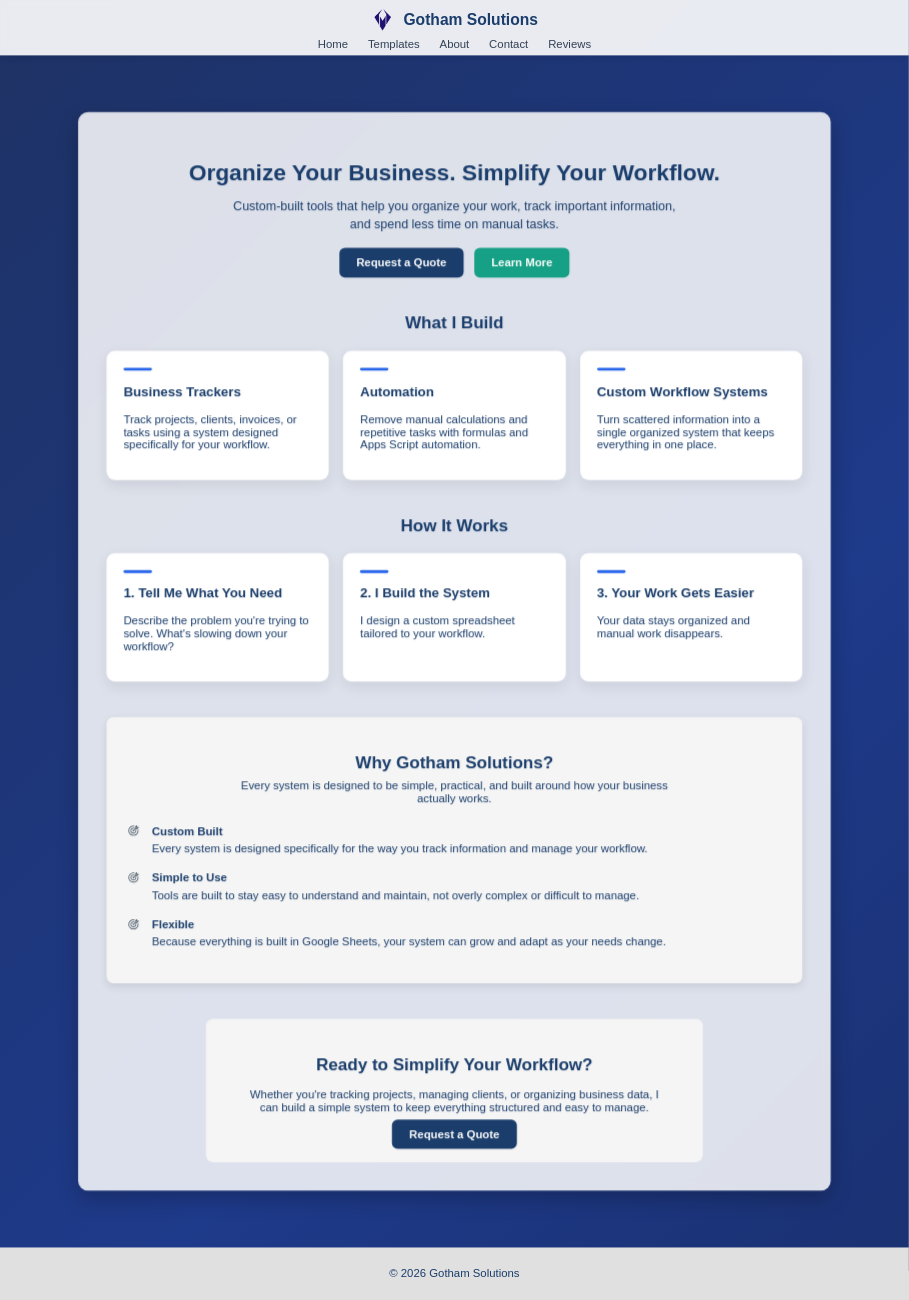
Repository: kmm569/gothamsolutions
Page: index.html
The author's editor kept a copy of each file at every save. The page is drawn from the files as they stood at one save, then again after the next save.
The browser window is 1280 px wide. The pictures show the whole page, at 71% of full size.

Above is the page before, as saved 2026-03-13 13:27:14.

### index.html
<!doctype html>
<html lang="en">
	<head>
		<meta charset="UTF-8" />
		<meta name="viewport" content="width=device-width, initial-scale=1.0" />

		<title>Custom Spreadsheet Design & Automation | Gotham Solutions</title>

		<meta
			name="description"
			content="Custom spreadsheet design, dashboards, and automation for small businesses. Gotham Solutions builds powerful Google Sheets and Excel systems to streamline workflows and save time."
		/>

		<meta
			name="keywords"
			content="custom spreadsheet, spreadsheet design, google sheets automation, excel automation, spreadsheet dashboards, business spreadsheets, workflow automation, spreadsheet consultant"
		/>

		<meta name="author" content="Gotham Solutions" />

		<link rel="canonical" href="https://solutions.gothamstudio.us/" />

		<link rel="icon" href="/icons/favicon.ico" />

		<link rel="stylesheet" href="/styles.css" />

		<!-- OpenGraph (social preview) -->

		<meta property="og:type" content="website" />
		<meta
			property="og:title"
			content="Custom Spreadsheet Design | Gotham Solutions"
		/>
		<meta
			property="og:description"
			content="Custom spreadsheet dashboards, automation, and workflow systems for small businesses."
		/>
		<meta property="og:url" content="https://solutions.gothamstudio.us/" />
		<meta
			property="og:image"
			content="https://solutions.gothamstudio.us/LogoSolo.png"
		/>

		<!-- Twitter preview -->

		<meta name="twitter:card" content="summary_large_image" />
		<meta
			name="twitter:title"
			content="Custom Spreadsheet Design | Gotham Solutions"
		/>
		<meta
			name="twitter:description"
			content="Custom spreadsheet dashboards and automation systems for small businesses."
		/>
		<meta
			name="twitter:image"
			content="https://solutions.gothamstudio.us/LogoSolo.png"
		/>

		<!-- Local business schema -->

		<script type="application/ld+json">
			{
				"@context": "https://schema.org",
				"@type": "ProfessionalService",
				"name": "Gotham Solutions",
				"url": "https://solutions.gothamstudio.us",
				"logo": "https://solutions.gothamstudio.us/LogoSolo.png",
				"description": "Custom spreadsheet design, dashboards, and automation for small businesses.",
				"areaServed": [
					"New York",
					"Connecticut",
					"Albany NY",
					"Westchester County NY",
					"Dutchess County NY",
					"Orange County NY",
					"Putnam County NY",
					"Danbury CT"
				],
				"sameAs": []
			}
		</script>
	</head>

	<body>
		<header>
			<div class="logo-container">
				<img
					href="/"
					src="LogoSolo.png"
					alt="Gotham Solutions Logo"
					class="logo"
				/>
				<h1>Gotham Solutions</h1>
			</div>

			<nav>
				<ul>
					<li><a href="/" class="nav-link">Home</a></li>
					<li><a href="/templates/" class="nav-link">Templates</a></li>
					<li><a href="/about/" class="nav-link">About</a></li>
					<li><a href="/contact/" class="nav-link">Contact</a></li>
					<li><a href="/reviews/" class="nav-link">Reviews</a></li>
				</ul>
			</nav>
		</header>

		<main>
			<div class="content-wrapper">
				<section class="hero">
					<h2>Organize Your Business. Simplify Your Workflow.</h2>

					<p class="hero-text">
						Custom-built tools that help you organize your work, track important
						information, and spend less time on manual tasks.
					</p>

					<div class="hero-buttons">
						<a href="/contact/" class="button-primary"> Request a Quote </a>

						<a href="/about/" class="button-secondary"> Learn More </a>
					</div>
				</section>

				<section class="services">
					<h2>What I Build</h2>

					<div class="service-grid">
						<div class="service-card">
							<h3>Business Trackers</h3>
							<p>
								Track projects, clients, invoices, or tasks using a system
								designed specifically for your workflow.
							</p>
						</div>

						<div class="service-card">
							<h3>Automation</h3>
							<p>
								Remove manual calculations and repetitive tasks with formulas
								and Apps Script automation.
							</p>
						</div>

						<div class="service-card">
							<h3>Custom Workflow Systems</h3>
							<p>
								Turn scattered information into a single organized system that
								keeps everything in one place.
							</p>
						</div>
					</div>
				</section>

				<section class="process">
					<h2>How It Works</h2>

					<div class="process-grid">
						<div class="process-step">
							<h3>1. Tell Me What You Need</h3>
							<p>
								Describe the problem you're trying to solve. What's slowing down
								your workflow?
							</p>
						</div>

						<div class="process-step">
							<h3>2. I Build the System</h3>
							<p>I design a custom spreadsheet tailored to your workflow.</p>
						</div>

						<div class="process-step">
							<h3>3. Your Work Gets Easier</h3>
							<p>Your data stays organized and manual work disappears.</p>
						</div>
					</div>
				</section>

				<section class="why-section">
					<h2>Why Gotham Solutions?</h2>

					<p>
						Every system is designed to be simple, practical, and built around
						how your business actually works.
					</p>

					<ul class="about-points">
						<li>
							<strong>Custom Built</strong><br />
							Every system is designed specifically for the way you track
							information and manage your workflow.
						</li>

						<li>
							<strong>Simple to Use</strong><br />
							Tools are built to stay easy to understand and maintain, not
							overly complex or difficult to manage.
						</li>

						<li>
							<strong>Flexible</strong><br />
							Because everything is built in Google Sheets, your system can grow
							and adapt as your needs change.
						</li>
					</ul>
				</section>

				<section class="cta">
					<h2>Ready to Simplify Your Workflow?</h2>

					<p>
						Whether you're tracking projects, managing clients, or organizing
						business data, I can build a simple system to keep everything
						structured and easy to manage.
					</p>

					<a href="/contact/" class="button-primary"> Request a Quote </a>
				</section>
			</div>
		</main>

		<footer>
			<p>&copy; 2026 Gotham Solutions</p>
		</footer>

		<script>
			const params = new URLSearchParams(window.location.search);

			if (params.has("template")) {
				sessionStorage.setItem("template", params.get("template"));
			}

			if (params.has("source")) {
				sessionStorage.setItem("source", params.get("source"));
			}

			/*const header = document.querySelector("header");

window.addEventListener("scroll", () => {

	if (window.scrollY > 10) {
		header.classList.add("scrolled");
	} else {
		header.classList.remove("scrolled");
	}

});*/
		</script>
	</body>
</html>

### styles.css
*,
*::before,
*::after {
	box-sizing: border-box;
}

body {
	background: #ffffff;
	color: #1a3d6b;
	font-family: Arial, sans-serif;
	margin: 0;
	padding: 0;
	display: flex;
	flex-direction: column;
	min-height: 100vh;
}

header{
	position:sticky;
	top:0;
	z-index:100;

	display:flex;
	flex-direction:column;
	align-items:center;
	justify-content:center;

	height:78px;

	padding:6px 20px;

	background:rgba(255,255,255,0.9);
	backdrop-filter:blur(6px);

	box-shadow:0 2px 10px rgba(0,0,0,0.08);
}

.logo-container{
	display:flex;
	align-items:center;
	gap:12px;

	height:44px;
	overflow:hidden;

	transition:max-height .25s ease, opacity .2s ease, transform .25s ease;
}

/* compact header when scrolling
header.scrolled {
	padding: 10px 20px;
	box-shadow: 0 6px 18px rgba(0, 0, 0, 0.15);
}*/


header.scrolled .logo-container {
	max-height: 0;
	opacity: 0;
	transform: translateY(-10px);
}


@media (max-width: 600px) {
	header {
		padding: 16px 12px;
	}
}

header h1{
	font-size:22px;
	margin:0;
}

.logo{
	height:34px;
	width:auto;
}

nav ul{
	display:flex;
	gap:28px;
	list-style:none;
	padding:0;
	margin:4px 0 0 0;
}

.nav-link {
	text-decoration: none;

	color: #334155;
	font-weight: 500;

	position: relative;

	transition: color 0.2s ease;
}

.nav-link:hover {
	color: #2563eb;
}

.nav-link::after {
	content: "";

	position: absolute;
	left: 0;
	bottom: -4px;

	width: 0;
	height: 2px;

	background: #2563eb;

	transition: width 0.2s ease;
}

.nav-link:hover::after {
	width: 100%;
}

main {
	flex: 1;
	padding: 40px 20px;
	width: 100%;
	max-width: 1100px;
	margin: 0 auto;
}

/* HERO */

.hero {
	text-align: center;
	margin-bottom: 50px;
}

.hero h2 {
	font-size: 2em;
	margin-bottom: 15px;
}

.hero-text {
	max-width: 650px;
	margin: auto;
	font-size: 1.1em;
	line-height: 1.5;
}

@media (max-width: 600px) {
	.hero-text {
		max-width: 100%;
		padding: 0 6px;
	}
}

.hero-buttons {
	margin-top: 20px;
	display: flex;
	gap: 15px;
	justify-content: center;
	flex-wrap: wrap;
}

/* BUTTONS */

.button-primary {
	background: #1a3d6b;
	color: white;
	padding: 12px 24px;
	border-radius: 8px;
	text-decoration: none;
	font-weight: bold;
}

.button-secondary {
	background: #16a085;
	color: white;
	padding: 12px 24px;
	border-radius: 8px;
	text-decoration: none;
	font-weight: bold;
}

@media (max-width: 600px) {
	.button-primary,
	.button-secondary {
		padding: 10px 18px;
		font-size: 0.95em;
	}
}

/* SERVICES */

.services {
	margin-bottom: 50px;
}

.services h2 {
	text-align: center;
	margin-bottom: 25px;
}

.service-grid {
	display: grid;
	grid-template-columns: repeat(auto-fit, minmax(220px, 1fr));
	gap: 20px;
}

@media (max-width: 600px) {
	.service-grid {
		grid-template-columns: 1fr;
		gap: 18px;
	}
}

.service-card {
	background: #f5f5f5;
	padding: 20px;
	border-radius: 10px;
	box-shadow: 0 4px 10px rgba(0, 0, 0, 0.1);
}

/* PROCESS */

.process {
	margin-bottom: 20px;
}

.process h2 {
	text-align: center;
	margin-bottom: 25px;
}

.process-grid {
	display: grid;
	grid-template-columns: repeat(auto-fit, minmax(220px, 1fr));
	gap: 20px;
}

.process-step {
	background: #f5f5f5;
	padding: 20px;
	border-radius: 10px;
	box-shadow: 0 4px 10px rgba(0, 0, 0, 0.1);
}

/* CTA */

.cta {
	text-align: center;
	background: #f5f5f5;
	padding: 30px;
	border-radius: 10px;
	max-width: 700px;
	margin: 0 auto;
}

.cta p {
	max-width: 600px;
	margin: 10px auto 20px auto;
}

/* FORM */

.contact-section {
	max-width: 900px;
	margin: 60px auto;
	padding: 0 20px;
}

.form-card {
	background: #f5f5f5;
	padding: 30px;
	border-radius: 10px;
	box-shadow: 0 6px 14px rgba(0, 0, 0, 0.15);

	width: 100%;
	max-width: 900px;

	margin: 0 auto;
}

.form-card form {
	width: 100%;
}

form {
	display: flex;
	flex-direction: column;
	gap: 14px;
}

input,
select,
textarea {
	width: 100%;
	padding: 14px;
	font-size: 15px;
}

.submit-button {
	margin-top: 10px;
	padding: 12px;
	border: none;
	background: #1a3d6b;
	color: white;
	font-weight: bold;
	border-radius: 8px;
	cursor: pointer;
}

.submit-button:hover {
	background: #163457;
}

input,
select,
textarea {
	width: 100%;
	padding: 12px;
	border-radius: 6px;
	border: 1px solid #ccc;
	font-size: 14px;
	box-sizing: border-box;
}

/* WHY SECTION */

.why-section {
	margin: 50px 0;
	background: #f5f5f5;
	padding: 30px;
	border-radius: 10px;
	box-shadow: 0 4px 10px rgba(0, 0, 0, 0.1);
}

.why-section h2 {
	text-align: center;
	margin-bottom: 10px;
}

.why-section > p {
	text-align: center;
	max-width: 650px;
	margin: 0 auto 25px auto;
}

footer {
	background: #e0e0e0;
	padding: 12px;
	text-align: center;
}

/* WHY GOTHAM SOLUTIONS LIST */

.about-points {
	list-style: none;
	padding: 0;
	margin-top: 20px;

	display: flex;
	flex-direction: column;
	gap: 18px;
}

.about-points li {
	position: relative;
	padding-left: 34px;
	line-height: 1.5;
}

.about-points li::before {
	content: "";

	position: absolute;
	left: 0;
	top: 3px;

	width: 16px;
	height: 16px;

	background-color: #2c3e50;

	mask: url("/icons/target.svg") no-repeat center;
	mask-size: contain;

	-webkit-mask: url("/icons/target.svg") no-repeat center;
	-webkit-mask-size: contain;
}

body {
	background: linear-gradient(-45deg, #0f172a, #1e3a8a, #1e293b, #2563eb);

	background-size: 400% 400%;
	animation: gradientShift 15s ease infinite;

	min-height: 100vh;
}

@keyframes gradientShift {
	0% {
		background-position: 0% 50%;
	}
	50% {
		background-position: 100% 50%;
	}
	100% {
		background-position: 0% 50%;
	}
}

.content-wrapper {
	max-width: 1100px;
	margin: 40px auto;
	padding: 40px;

	background: rgba(255, 255, 255, 0.85);

	border-radius: 14px;

	box-shadow: 0 10px 30px rgba(0, 0, 0, 0.25);

	backdrop-filter: blur(6px);
}

.service-card,
.process-step {
	background: #ffffff;
	border-radius: 12px;

	padding: 24px;

	box-shadow: 0 6px 18px rgba(0, 0, 0, 0.08);

	transition:
		transform 0.2s ease,
		box-shadow 0.2s ease;
}

.service-card:hover,
.process-step:hover {
	transform: translateY(-6px);

	box-shadow: 0 14px 32px rgba(0, 0, 0, 0.15);
}

.service-card::before,
.process-step::before {
	content: "";
	display: block;

	height: 4px;
	width: 40px;

	background: #2563eb;

	border-radius: 4px;

	margin-bottom: 12px;
}

.templates-grid {
	display: grid;
	grid-template-columns: repeat(auto-fit, minmax(260px, 1fr));
	gap: 24px;
	margin-top: 30px;
}

.template-card {
	background: #ffffff;
	border-radius: 12px;
	padding: 24px;

	box-shadow: 0 6px 18px rgba(0, 0, 0, 0.08);

	display: flex;
	flex-direction: column;
	gap: 12px;

	transition:
		transform 0.2s ease,
		box-shadow 0.2s ease;
}

.template-card:hover {
	transform: translateY(-6px);
	box-shadow: 0 14px 32px rgba(0, 0, 0, 0.15);
}

.template-preview {
	width: 100%;
	max-height: 420px;

	object-fit: cover;

	border-radius: 10px;
	margin-bottom: 16px;

	box-shadow: 0 8px 20px rgba(0, 0, 0, 0.18);
}

.template-gallery {
	display: flex;
	gap: 12px;
	margin-bottom: 18px;
	flex-wrap: wrap;
}

.template-gallery img {
	width: 90px;
	height: 65px;

	object-fit: cover;

	border-radius: 6px;
	cursor: pointer;

	transition:
		transform 0.15s ease,
		box-shadow 0.15s ease;
}

.template-gallery img:hover {
	transform: scale(1.05);
	box-shadow: 0 6px 12px rgba(0, 0, 0, 0.15);
}

.template-card .button-primary {
	width: 100%;
	text-align: center;
}

.review-grid{
	display:grid;
	grid-template-columns:repeat(auto-fit,minmax(260px,1fr));
	gap:24px;
	margin-top:32px;
}

.review-card{
	background:#fff;
	padding:24px;
	border-radius:10px;
	box-shadow:0 4px 12px rgba(0,0,0,0.08);
}

.review-card p{
	margin:10px 0;
}

.stars{
	color:#f5b301;
	font-size:18px;
}

.review-average{
	font-size:20px;
	margin-bottom:20px;
}

.review-form{
	max-width:600px;
	margin-top:24px;
	display:flex;
	flex-direction:column;
	gap:12px;
}

.review-form label{
	margin-top:8px;
}

.review-form input,
.review-form textarea,
.review-form select{
	padding:10px;
	border:1px solid #ccc;
	border-radius:6px;
	font-size:14px;
}

.review-form textarea{
	min-height:120px;
	resize:vertical;
}

.review-form button{
	margin-top:16px;
	padding:12px;
	background:#1d3557;
	color:white;
	border:none;
	border-radius:6px;
	cursor:pointer;
	font-weight:600;
}

.review-form button:hover{
	background:#274777;
}

.review-form{
	max-width:600px;
	margin:24px auto 0 auto;
	display:flex;
	flex-direction:column;
	gap:12px;
}

.review-card strong{
	display:block;
	margin-top:8px;
	color:#1a3d6b;
}

.review-empty{
	text-align:center;
	max-width:520px;
	margin:60px auto 40px auto;
}

.review-empty h3{
	margin:10px 0 8px 0;
}

.review-empty p{
	margin-bottom:14px;
		color:#475569;
	line-height:1.5;
}

.review-empty .stars{
	font-size:28px;
	margin-bottom:12px;
}

.star-rating{
	color:#ccc;
	cursor:pointer;
	user-select:none;
	font-size:28px;

	display:flex;
	align-items:center;
	gap:4px;

	margin:6px 0 6px 0;
}

.star-rating span{
	margin-right:6px;
	transition:color .15s ease;
}

.star-rating span.active{
	color:#f5b301;
}

.star-rating span:hover{
	color:#f5b301;
	transform:scale(1.1);
}

.anon-option{
	display:flex;
	align-items:center;
	gap:8px;
	font-size:14px;
	margin-top:6px;
	margin:4px 0 8px 0;
}

.anon-option input{
	width:auto;
	margin:0;
}

.review-form input:disabled{
	background:#f2f2f2;
	color:#777;
	cursor:not-allowed;
}

### icons/target.svg
<svg viewBox="0 0 2048 2048" xmlns="http://www.w3.org/2000/svg">
<path d="M1024 640q-80 0-149 30t-122 82-83 123-30 149q0 80 30 149t82 122 122 83 150 30q79 0 149-30t122-82 83-122 30-150q0-64-22-128h134q8 32 12 64t4 64q0 106-40 199t-110 162-163 110-199 41q-106 0-199-40t-162-110-110-163-40-199q0-106 40-199t109-162 163-110 199-41q32 0 64 4t64 12v134q-64-22-128-22zm866 155q30 113 30 229 0 123-32 237t-90 214-141 182-181 140-214 91-238 32q-123 0-237-32t-214-90-182-141-140-181-91-214-32-238q0-123 32-237t90-214 141-182 181-140 214-91 238-32q116 0 229 30l-101 101v8q-32-5-64-8t-64-3q-106 0-204 27t-183 78-156 120-120 155-77 184-28 204q0 106 27 204t78 183 120 156 155 120 184 77 204 28q106 0 204-27t183-78 156-120 120-155 77-184 28-204q0-32-3-64t-8-64h8l101-101zm-610-118V390L1664 6v378h378l-384 384h-287l-223 223q4 15 4 33 0 27-10 50t-27 40-41 28-50 10q-27 0-50-10t-40-27-28-41-10-50q0-27 10-50t27-40 41-28 50-10q18 0 33 4l223-223zm128-37h197l128-128h-197V315l-128 128v197z"/>
</svg>

After the next save:
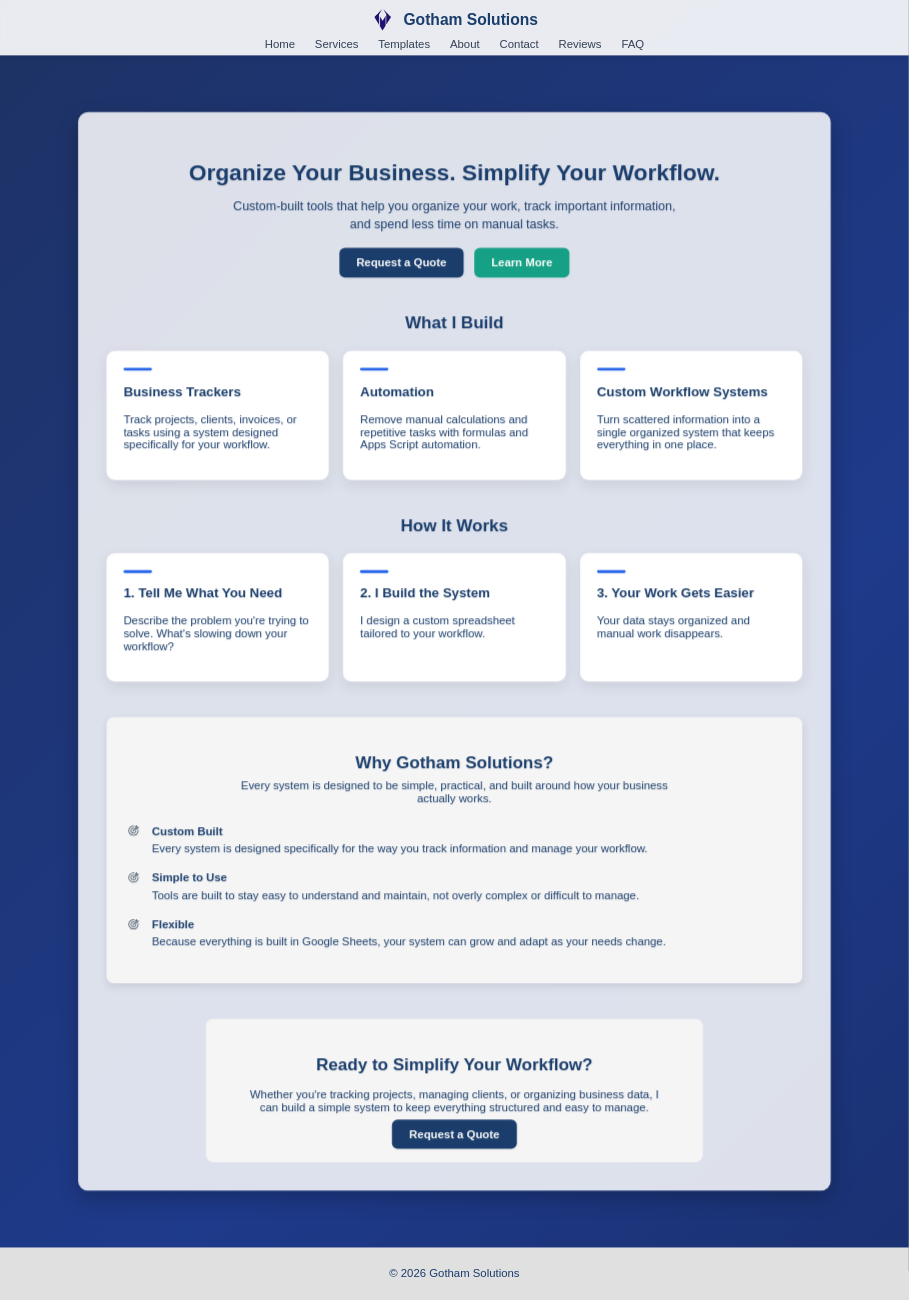
Saved 100 s later.
--- a/index.html
+++ b/index.html
@@ -97,10 +97,12 @@
 			<nav>
 				<ul>
 					<li><a href="/" class="nav-link">Home</a></li>
+					<li><a href="/services/" class="nav-link">Services</a></li>
 					<li><a href="/templates/" class="nav-link">Templates</a></li>
 					<li><a href="/about/" class="nav-link">About</a></li>
 					<li><a href="/contact/" class="nav-link">Contact</a></li>
 					<li><a href="/reviews/" class="nav-link">Reviews</a></li>
+					<li><a href="/faq/" class="nav-link">FAQ</a></li>
 				</ul>
 			</nav>
 		</header>
